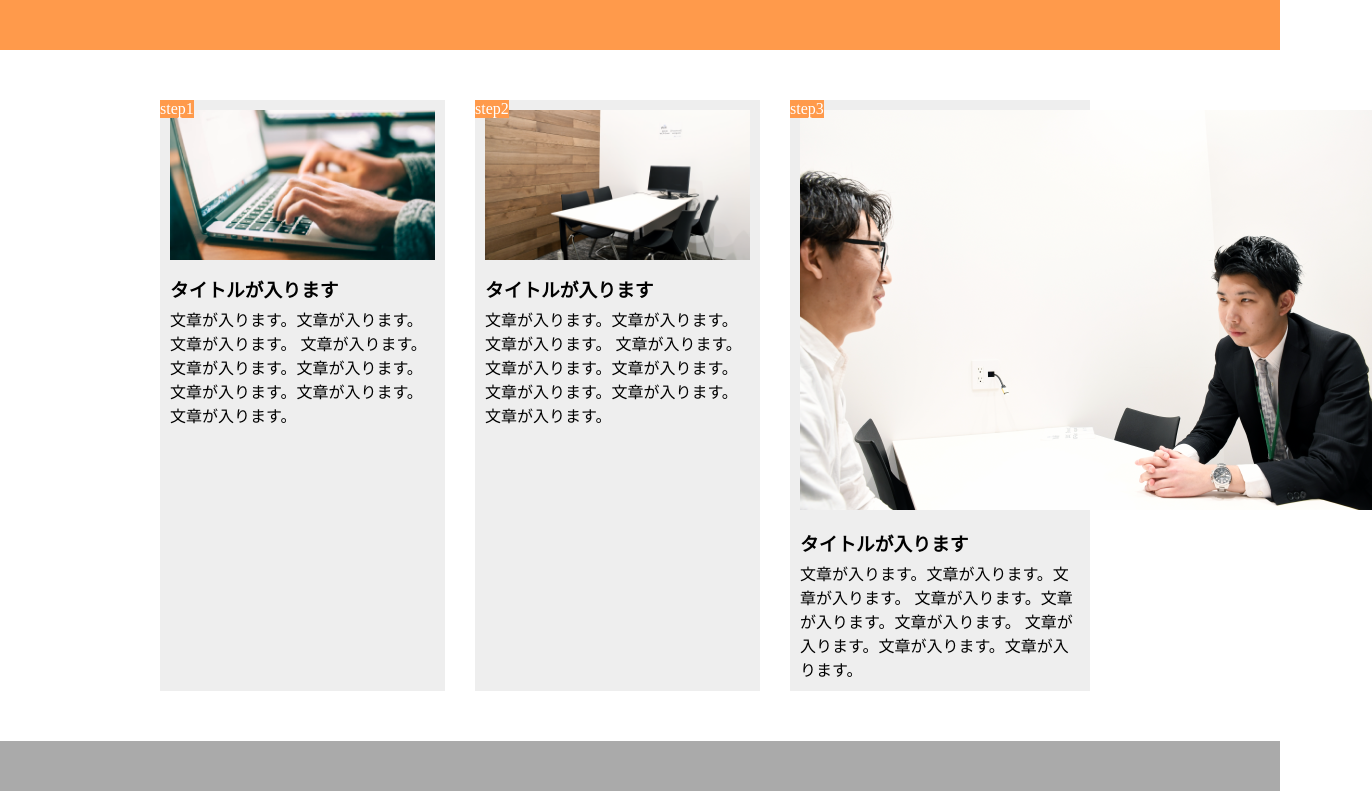
Repository: Kaori199701/-1
Page: 課題1/chapter9-index.html
The author's editor kept a record of every edit. The page is drawn from the files as they stood at one moment, then again after the next edit.
The browser window is 1280 px wide. The page is 1372 px wide, then 1280 px, so the pictures cover 1372 px, including what lies to the right of the window. The pictures show the whole page.

Above is the page before.

After the next edit:
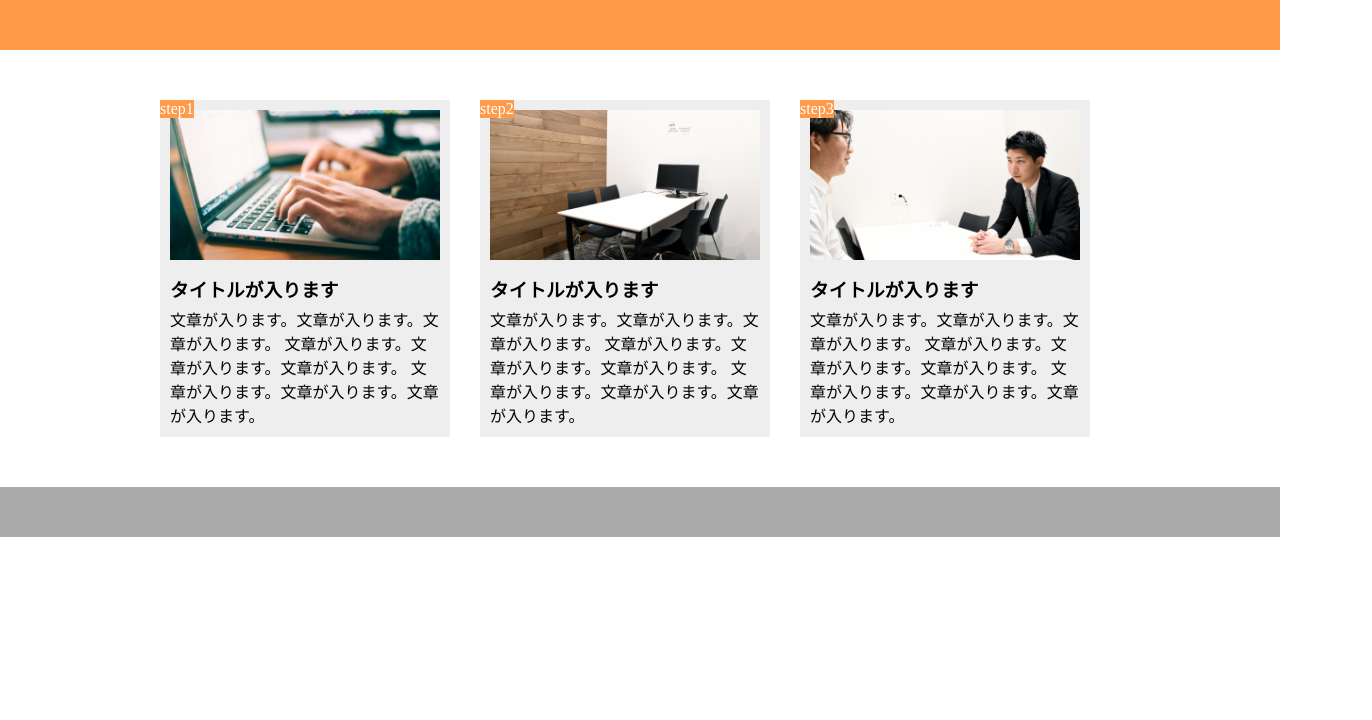
The edit:
--- a/課題1/chapter9-index.html
+++ b/課題1/chapter9-index.html
@@ -39,7 +39,7 @@
 
         <!-- 3コ目の記事-->
          <div class="contents-box">
-           <img class="contents-image" src="img/flow03.png">
+           <div class="step-img3"></div>
            <span class="step-number">step3</span>
            <h3 class="contents-text-heading">タイトルが入ります</h3>
            <p>文章が入ります。文章が入ります。文章が入ります。
